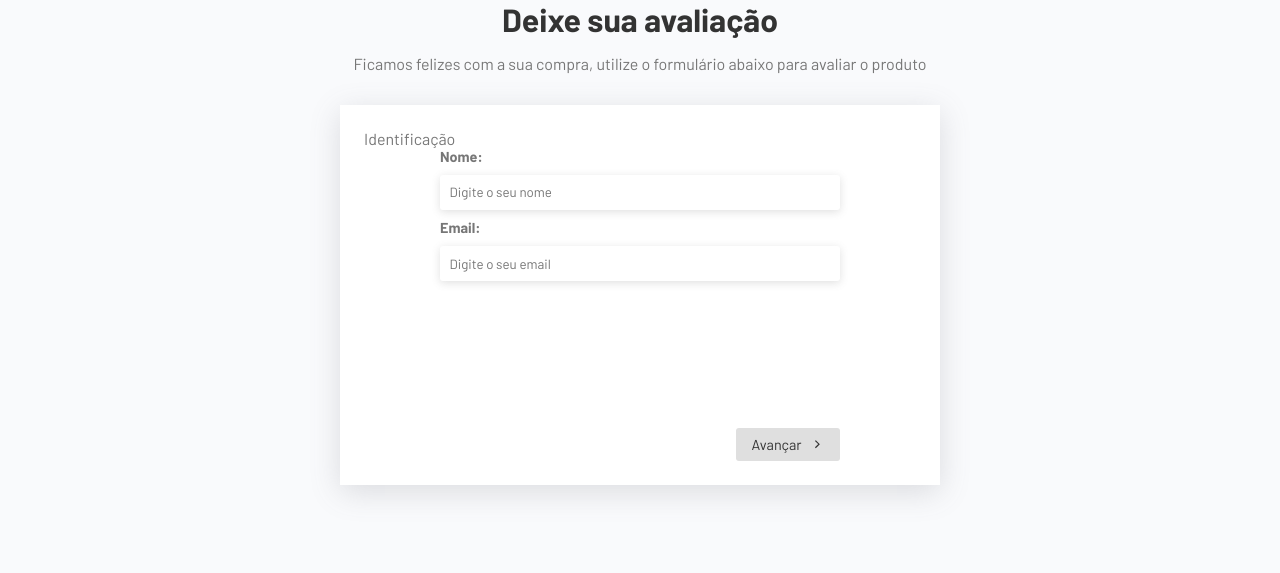
Repository: Bitroia/multistep_form_react
Page: / (app in multistep_form_react/)
An editor plug-in stored every save of this project. The page is shown before and after the next save, followed by the edit.
The browser window is 1280 px wide. The pictures show the whole page.
The project was rebuilt for these pictures with package versions that can differ from the ones it lists, and the page was loaded fresh each time. Also part of the build but not shown: multistep_form_react/vite.config.js, multistep_form_react/src/components/ReviewForm.jsx, multistep_form_react/src/components/Thanks.jsx, multistep_form_react/src/components/Steps.css.

Above is the page before, as saved 2026-06-12 14:18:59.

After the next save:
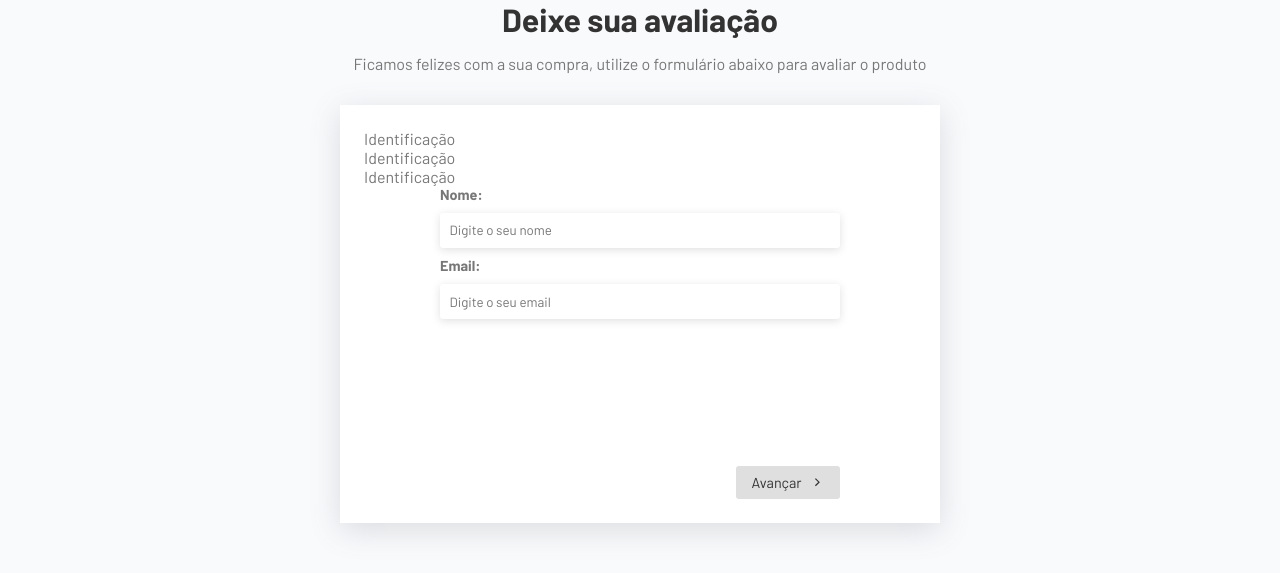
Saved 19 s later.
--- a/multistep_form_react/src/components/Steps.jsx
+++ b/multistep_form_react/src/components/Steps.jsx
@@ -7,6 +7,12 @@ const Steps = () => {
       <div className="steps">
         <p>Identificação</p>
       </div>
+      <div className="steps">
+        <p>Identificação</p>
+      </div>
+      <div className="steps">
+        <p>Identificação</p>
+      </div>
     </div>
   )
 }
